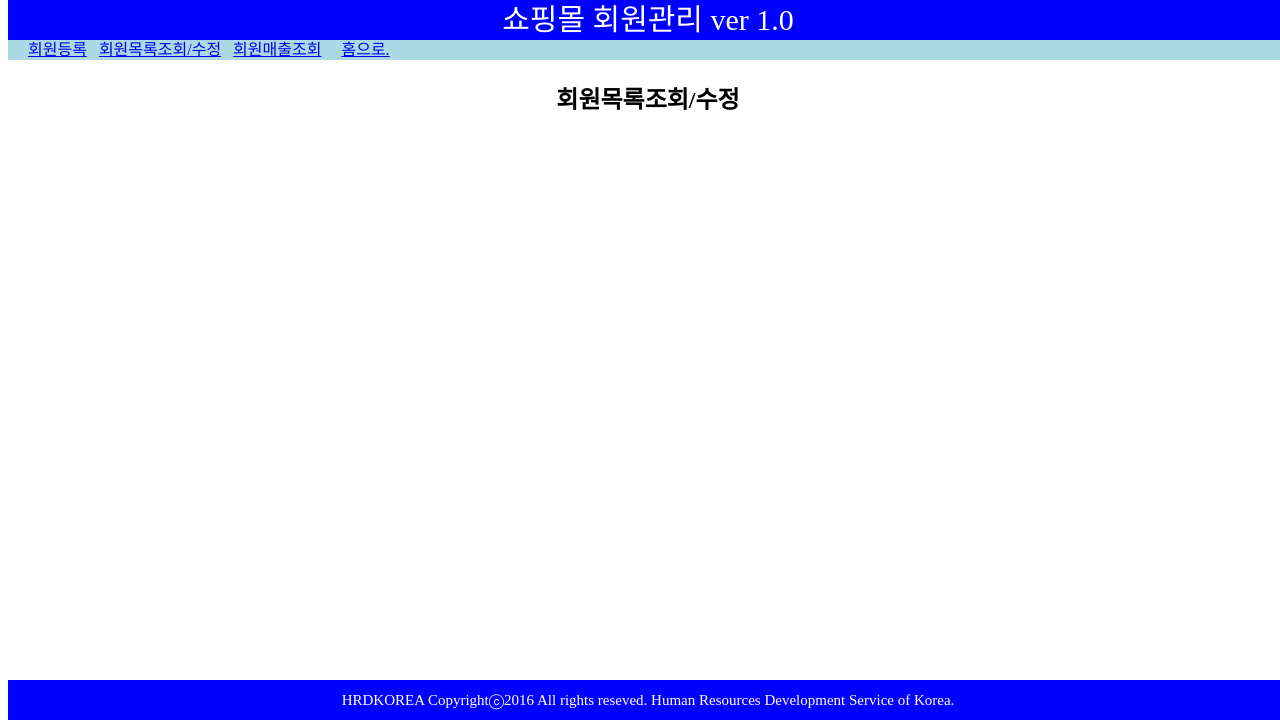
Repository: YeoJeongmo/hrdKorea
Page: http://localhost/hrd_01/list.jsp
These files come from the project's save history. The page is drawn as it stood at one moment and after the next save; the edit follows.
The browser window is 1280 px wide. The pictures show the whole page.
The page is served by Tomcat 9. Other server files are loaded and not shown.

Above is the page before, as saved 2024-08-21 06:26:37.

### hrd_01/src/main/webapp/list.jsp
<%@ page language="java" contentType="text/html; charset=UTF-8"
    pageEncoding="UTF-8"%>
<!DOCTYPE html>
<html>
<head>
<meta charset="UTF-8">
<title>list</title>
</head>
<body>

<jsp:include page="header.jsp"/>

<section style="position:fixed;
				top: 60px;
				color: black;
				width: 100%;
				">
<h2 style="text-align: center;">회원목록조회/수정</h2>

<form style="display:flex; align-items: center; justify-content: center;">

</form>

</section>

<jsp:include page="footer.jsp"/>

</body>
</html>

### hrd_01/src/main/webapp/header.jsp
<%@ page language="java" contentType="text/html; charset=UTF-8"
    pageEncoding="UTF-8"%>
<!DOCTYPE html>
<html>
<head>
<meta charset="UTF-8">
<title>header</title>
</head>
<body>
<header style="position:fixed;
				top:0px;
				width: 100%;
				height:40px;
				background-color: blue;
				color: white;
				text-align: center;
				line-height: 40px;
				font-size: 30px;
				"> 쇼핑몰 회원관리 ver 1.0
</header>

<nav style="position: fixed;
			top:40px;
			width: 100%;
			height: 20px;
			background-color: lightblue;
			color: white;
			text-align: left;
			line-height: 20px;
			padding-left: 20px;
			">
<a href="join.jsp">회원등록</a>&nbsp;&nbsp;
<a href="list.jsp">회원목록조회/수정</a>&nbsp;&nbsp;
<a href="salary.jsp">회원매출조회</a>&nbsp;&nbsp;&nbsp;&nbsp;
<a href="index.jsp">홈으로.</a>
</nav>


</body>
</html>

### hrd_01/src/main/webapp/footer.jsp
<%@ page language="java" contentType="text/html; charset=UTF-8"
    pageEncoding="UTF-8"%>
<!DOCTYPE html>
<html>
<head>
<meta charset="UTF-8">
<title>footer</title>
</head>
<body>
<footer style="position: fixed;
				bottom: 0px;
				width: 100%;
				height:40px;
				background-color: blue;
				color: white;
				text-align: center;
				line-height: 40px;
				font-size: 15px;
">HRDKOREA Copyrightⓒ2016 All rights reseved. Human Resources Development Service of Korea.
</footer>
</body>
</html>

After the next save:
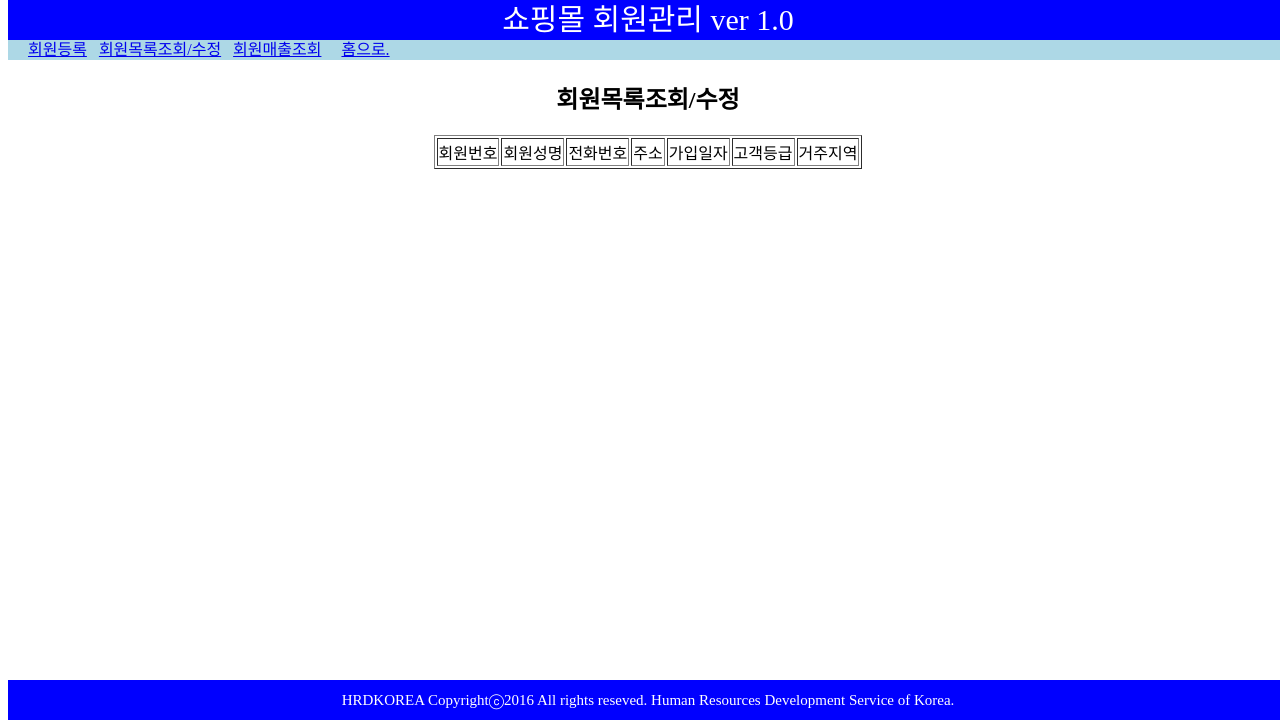
Saved 3 min 26 s later.
--- a/hrd_01/src/main/webapp/list.jsp
+++ b/hrd_01/src/main/webapp/list.jsp
@@ -18,7 +18,17 @@
 <h2 style="text-align: center;">회원목록조회/수정</h2>
 
 <form style="display:flex; align-items: center; justify-content: center;">
-
+	<table border="1">
+		<tr>
+			<td>회원번호</td>
+			<td>회원성명</td>
+			<td>전화번호</td>
+			<td>주소</td>
+			<td>가입일자</td>
+			<td>고객등급</td>
+			<td>거주지역</td>
+		</tr>
+	</table>
 </form>
 
 </section>
